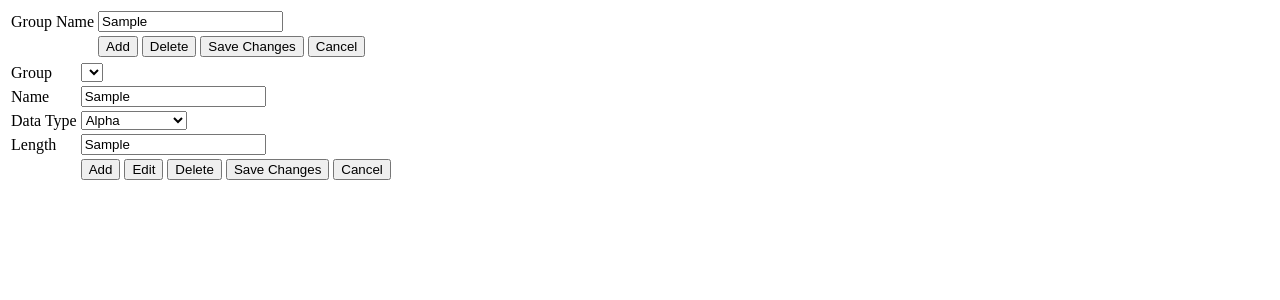
Repository: joliest/MyGits
Page: http://localhost/MiniTracker/Attribute.jsp
These files come from the project's save history. The page is drawn as it stood at one moment and after the next save; the edit follows.
The browser window is 1280 px wide. The pictures show the whole page.
Empty fields were first filled with sample values (such as "Sample", 5 or name@example.com).
After loading, the first visible `#editAttributeGroup` was clicked once.
Some web libraries are served in a nearby version. The page is served by Tomcat 9. Queries for data that is not in the repository find no rows.

Above is the page before, as saved 2017-10-26 18:29:31.

After the next save:
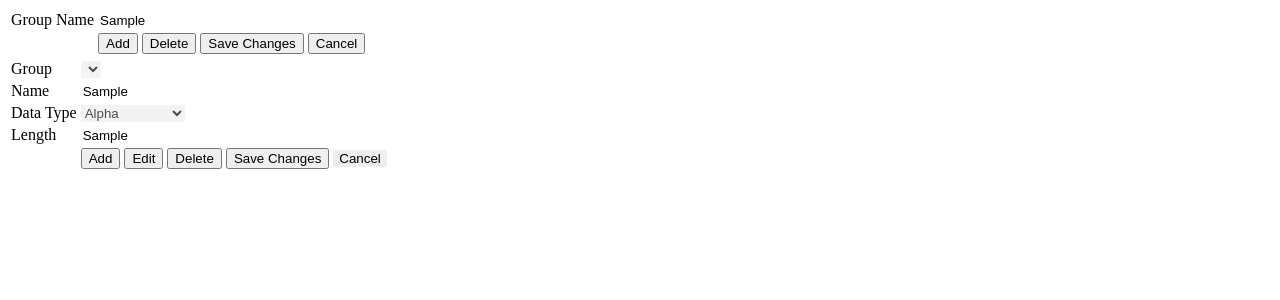
Saved 2 min 44 s later.
--- a/Java/Project_JIRA/MiniTracker/WebContent/js/Attribute.js
+++ b/Java/Project_JIRA/MiniTracker/WebContent/js/Attribute.js
@@ -117,15 +117,12 @@ $(document).ready(function(){
 	}
 
 	function disableTextFields() {
-
-		/*
 		$(":text").attr("readonly", true);
 		$("input").css("border", "none");
 		$("select").attr("disabled", "disabled");
 		$("select").css("color", "black");
 		$("select").css("border", "none");
-		*/
-		$("text").html("p");
+
 	}
 
 	function enableTextFields() {
